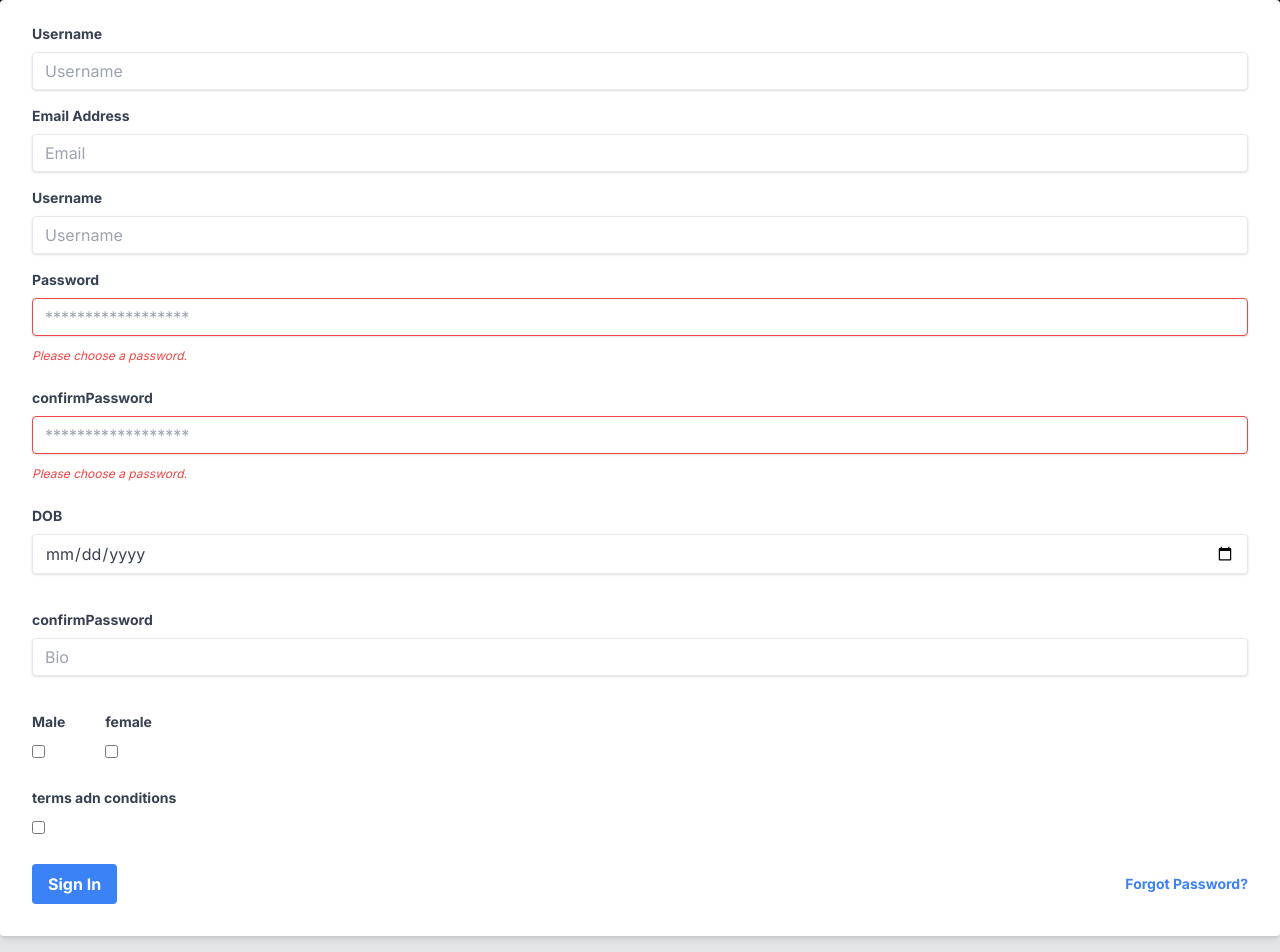
Repository: uh-sman/tiktok-card
Page: /
The author's editor kept a copy of each file at every save. The page is drawn from the files as they stood at one save, then again after the next save.
The browser window is 1280 px wide. The pictures show the whole page.
The project was rebuilt for these pictures with package versions that can differ from the ones it lists, and the page was loaded fresh each time. The framework's server and built-in components were replaced by stand-ins that run in the browser. Also part of the build but not shown: next.config.js.

Above is the page before, as saved 2023-12-19 12:23:52.

### app/page.tsx
'use client'
import Input from "./components/Input";
import { FieldValues, SubmitHandler, useForm } from "react-hook-form";
export default function Home() {
  // const { register, handleSubmit, reset } = useForm<FieldValues>({
  //   defaultValues: {
  //     Username: "",
  //     email: '',
  //     password: '',
  //     confirmPassword: '',
  //     DateOfBirth: '',
  //     Bio: '',
  //     gender: '',
  //     termsAndConditions: ''
  //   }
  // })

  // const onSubmit: SubmitHandler<FieldValues> = () => {

  // }

  return (
    <div className="bg-black h-screen w-screen">
      {/* <div className="flex justify-center"> */}
      <div className="flex justify-center  w-full flex-col">
      <form className="bg-white shadow-md rounded px-8 pt-6 pb-8 mb-4">
    <div className="mb-4">
      <label className="block text-gray-700 text-sm font-bold mb-2" htmlFor="username">
        Username
      </label>
      <Input onChange={() => {}} className="shadow appearance-none border rounded w-full py-2 px-3 text-gray-700 leading-tight focus:outline-none focus:shadow-outline" id="username" type="text" placeholder="Username" />
    </div>
    <div className="mb-4">
      <label className="block text-gray-700 text-sm font-bold mb-2" htmlFor="username">
        Email Address
      </label>
      <Input onChange={() => {}} className="shadow appearance-none border rounded w-full py-2 px-3 text-gray-700 leading-tight focus:outline-none focus:shadow-outline" id="email" type="email" placeholder="Email" />
    </div>
    <div className="mb-4">
      <label className="block text-gray-700 text-sm font-bold mb-2" htmlFor="username">
        Username
      </label>
      <Input onChange={() => {}} className="shadow appearance-none border rounded w-full py-2 px-3 text-gray-700 leading-tight focus:outline-none focus:shadow-outline" id="username" type="text" placeholder="Username" />
    </div>
    <div className="mb-6">
      <label className="block text-gray-700 text-sm font-bold mb-2" htmlFor="password">
        Password
      </label>
      <Input onChange={() => {}} className="shadow appearance-none border border-red-500 rounded w-full py-2 px-3 text-gray-700 mb-3 leading-tight focus:outline-none focus:shadow-outline" id="password" type="password" placeholder="******************" />
      <p className="text-red-500 text-xs italic">Please choose a password.</p>
    </div>
    <div className="mb-6">
      <label className="block text-gray-700 text-sm font-bold mb-2" htmlFor="password">
        confirmPassword
      </label>
      <Input onChange={() => {}} className="shadow appearance-none border border-red-500 rounded w-full py-2 px-3 text-gray-700 mb-3 leading-tight focus:outline-none focus:shadow-outline" id="confirmPassword" type="password" placeholder="******************" />
      <p className="text-red-500 text-xs italic">Please choose a password.</p>
    </div>
    <div className="mb-6">
      <label className="block text-gray-700 text-sm font-bold mb-2" htmlFor="password">
        DOB
      </label>
      <Input onChange={() => {}} className="shadow appearance-none border rounded w-full py-2 px-3 text-gray-700 mb-3 leading-tight focus:outline-none focus:shadow-outline" id="DateOfBirth" type="date" placeholder="DOB" />
      {/* <p className="text-red-500 text-xs italic">Please confirm your password.</p> */}
    </div>
    <div className="mb-6">
      <label className="block text-gray-700 text-sm font-bold mb-2" htmlFor="password">
        confirmPassword
      </label>
      <Input onChange={() => {}} className="shadow appearance-none border rounded w-full py-2 px-3 text-gray-700 mb-3 leading-tight focus:outline-none focus:shadow-outline" id="Bio" type="text" placeholder="Bio" />
      {/* <p className="text-red-500 text-xs italic">Please confirm your password.</p> */}
    </div>
    <div className="mb-6">
      <div className="flex gap-10">
        <div className="">
        <label className="block text-gray-700 text-sm font-bold mb-2" htmlFor="gender">
        Male
      </label>
      <Input onChange={() => {}} className="" id="male" type="checkbox" placeholder="male" />
        </div>
        <div className="">
          <label className="block text-gray-700 text-sm font-bold mb-2" htmlFor="gender">
            female
          </label>
      <Input className="" onChange={() => {}}  id="female" type="checkbox" placeholder="female" />
        </div>
      </div>
    </div>
    <div className="mb-6">
      <label className="block text-gray-700 text-sm font-bold mb-2" htmlFor="password">
        terms adn conditions
      </label>
      <Input onChange={() => {}} className="" id="terms" type="checkbox" placeholder="terms and conditions" />
      {/* <p className="text-red-500 text-xs italic">Please confirm your password.</p> */}
    </div>
    <div className="flex items-center justify-between">
      <button className="bg-blue-500 hover:bg-blue-700 text-white font-bold py-2 px-4 rounded focus:outline-none focus:shadow-outline" type="button">
        Sign In
      </button>
      <a className="inline-block align-baseline font-bold text-sm text-blue-500 hover:text-blue-800" href="#">
        Forgot Password?
      </a>
    </div>
  </form>

      </div>
      {/* </div> */}
    </div>
  );
}



{/* <form class="max-w-sm mx-auto">
  <div class="mb-5">
    <label for="email" class="block mb-2 text-sm font-medium text-gray-900 dark:text-white">Your email</label>
    <input type="email" id="email" class="bg-gray-50 border border-gray-300 text-gray-900 text-sm rounded-lg focus:ring-blue-500 focus:border-blue-500 block w-full p-2.5 dark:bg-gray-700 dark:border-gray-600 dark:placeholder-gray-400 dark:text-white dark:focus:ring-blue-500 dark:focus:border-blue-500" placeholder="name@flowbite.com" required>
  </div>
  <div class="mb-5">
    <label for="password" class="block mb-2 text-sm font-medium text-gray-900 dark:text-white">Your password</label>
    <input type="password" id="password" class="bg-gray-50 border border-gray-300 text-gray-900 text-sm rounded-lg focus:ring-blue-500 focus:border-blue-500 block w-full p-2.5 dark:bg-gray-700 dark:border-gray-600 dark:placeholder-gray-400 dark:text-white dark:focus:ring-blue-500 dark:focus:border-blue-500" required>
  </div>
  <div class="flex items-start mb-5">
    <div class="flex items-center h-5">
      <input id="remember" type="checkbox" value="" class="w-4 h-4 border border-gray-300 rounded bg-gray-50 focus:ring-3 focus:ring-blue-300 dark:bg-gray-700 dark:border-gray-600 dark:focus:ring-blue-600 dark:ring-offset-gray-800 dark:focus:ring-offset-gray-800" required>
    </div>
    <label for="remember" class="ms-2 text-sm font-medium text-gray-900 dark:text-gray-300">Remember me</label>
  </div>
  <button type="submit" class="text-white bg-blue-700 hover:bg-blue-800 focus:ring-4 focus:outline-none focus:ring-blue-300 font-medium rounded-lg text-sm w-full sm:w-auto px-5 py-2.5 text-center dark:bg-blue-600 dark:hover:bg-blue-700 dark:focus:ring-blue-800">Submit</button>
</form> */}

### app/components/Input.tsx

type InputType = "text" | "password" | "file" | "email" | 'date' | 'checkbox' | "radio"

interface InputProps {
    id: string;
    className: string;
    placeholder: string;
    type: InputType;
    onChange: (value: string, file?: File ) => void;
}

const Input: React.FC<InputProps> = ({
    id,
    className,
    placeholder,
    type,
    onChange
}) => {
    const handleChange = (event: React.ChangeEvent<HTMLInputElement>) => {
        const { value, files } = event.target;
        if (type === 'file' && files) {
            onChange(value, files[0]);
        } else {
            onChange(value);
        }
    };

    return (
        <input
            id={id}
            className={className}
            placeholder={placeholder}
            type={type}
            onChange={handleChange}
        />
    );
};


export default Input;

Loaded but not shown: app/layout.tsx (common file); app/globals.css (common file); tailwind.config.ts (common file)

After the next save:
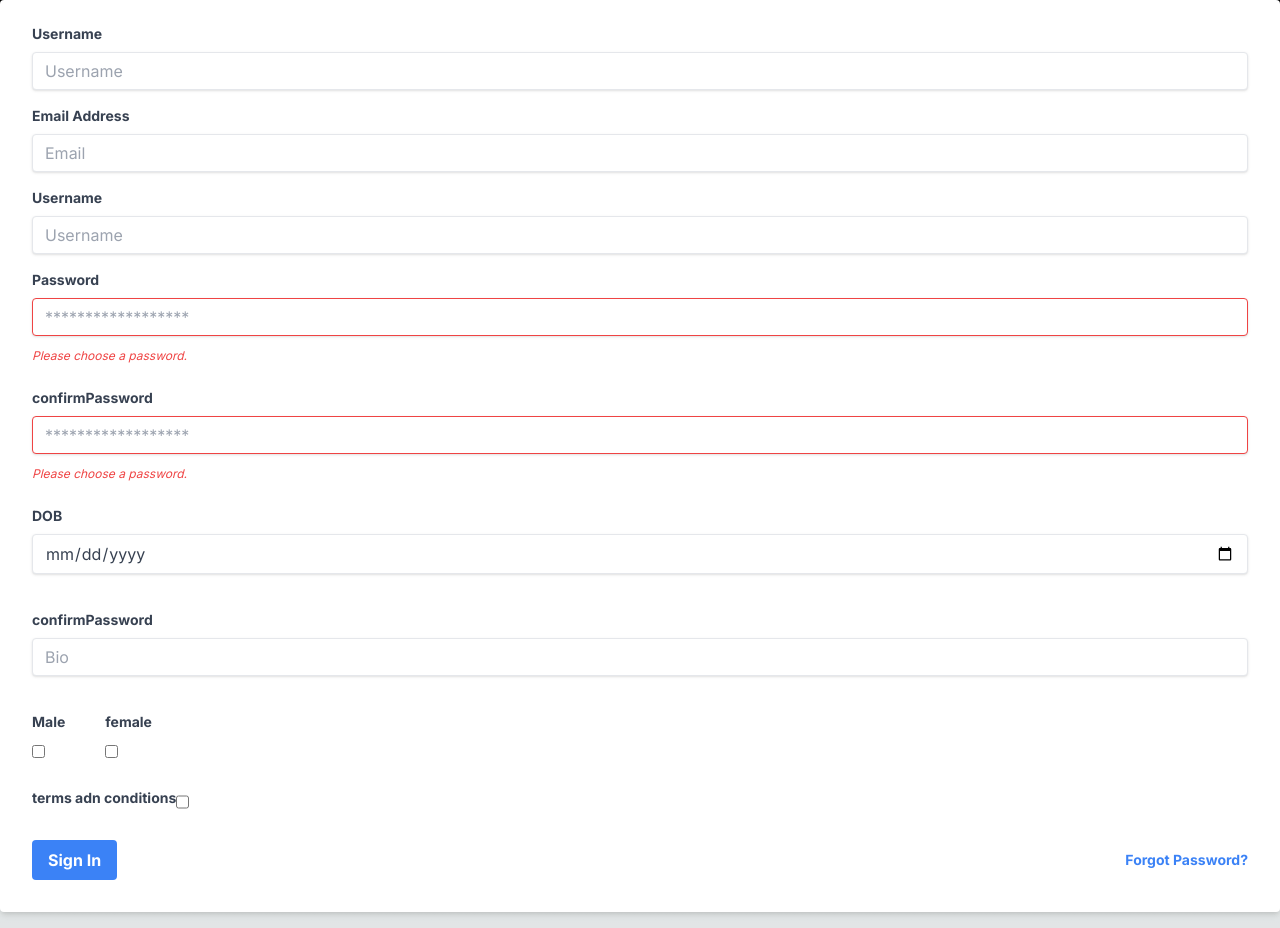
Saved 14 s later.
--- a/app/page.tsx
+++ b/app/page.tsx
@@ -86,7 +86,7 @@ export default function Home() {
         </div>
       </div>
     </div>
-    <div className="mb-6">
+    <div className="mb-6 flex">
       <label className="block text-gray-700 text-sm font-bold mb-2" htmlFor="password">
         terms adn conditions
       </label>
